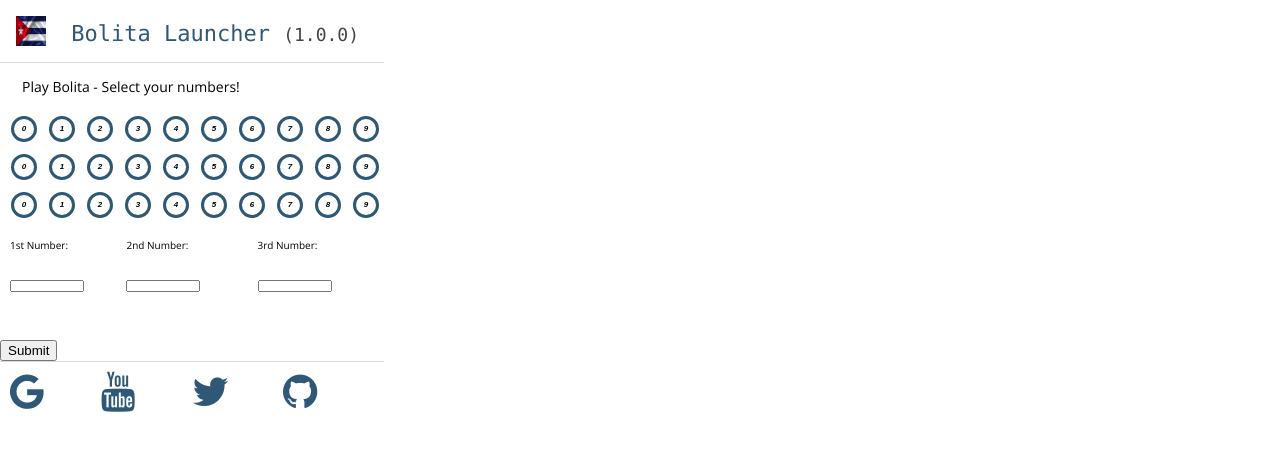
Repository: markymark617/BolitaChromeExtension
Page: popup.html
These files come from the project's save history. The page is drawn as it stood at one moment and after the next save; the edit follows.
The browser window is 1280 px wide. The pictures show the whole page.

Above is the page before, as saved 2020-09-06 14:45:55.

### popup.html
<!DOCTYPE html>
<html lang="en">
<head>
    <meta charset="UTF-8">
    <meta name="viewport" content="width=device-width, initial-scale=1.0">
    <meta http-equiv="X-UA-Compatible" content="ie=chrome">
    <title>Bolita Launcher</title>
    <link rel="stylesheet" href="https://fonts.googleapis.com/css?family=Open+Sans" type="text/css">
    <link rel="stylesheet" href="popup.css">
    <link href="https://maxcdn.bootstrapcdn.com/font-awesome/4.7.0/css/font-awesome.min.css" rel="stylesheet" integrity="sha384-wvfXpqpZZVQGK6TAh5PVlGOfQNHSoD2xbE+QkPxCAFlNEevoEH3Sl0sibVcOQVnN" crossorigin="anonymous"/>

</head>

<body>
    <div class="modal-header">
        <h1 class="logo">
            <img src="images/bolita_logo.png" alt="Bolita_Launcher_logo" class="logo-icon"> Bolita Launcher <span class="version">(1.0.0)</span>
        </h1>
    </div>
    <div class="modal-content">
        <p>Play Bolita - Select your numbers!</p>
    </div>


    <div class="ball-icons">

        <div class="flex-container paddedDiv firstBet" id="firstRow">

            <button id="first-zero" value='0' class="btnFirstBet">
                <div class="flex circle">
                    <div class="fa-stack fa-2x">
                        <i class="fa fa-stack-2x fa-inverse"></i>
                        <i class="fa-stack-1x fa-stack-text">0</i>
                    </div>
                </div>
            </button>

            <button id="first-one" value='1' class="btnFirstBet">
                <div class="flex circle">
                    <div class="fa-stack fa-2x">
                        <i class="fa fa-stack-2x fa-inverse"></i>
                        <i class="fa-stack-1x fa-stack-text">1</i>
                    </div>
                </div>
            </button>


            <button id="first-two" value='2' class="btnFirstBet">
                <div class="flex circle">
                    <div class="fa-stack fa-2x">
                        <i class="fa fa-stack-2x fa-inverse"></i>
                        <i class="fa-stack-1x fa-stack-text">2</i>
                    </div>
                </div>
            </button>


            <button id="first-three" value='3' class="btnFirstBet">
                <div class="flex circle">
                    <div class="fa-stack fa-2x">
                        <i class="fa fa-stack-2x fa-inverse"></i>
                        <i class="fa-stack-1x fa-stack-text">3</i>
                    </div>
                </div>
            </button>


            <button id="first-four" value='4' class="btnFirstBet">
                <div class="flex circle">
                    <div class="fa-stack fa-2x">
                        <i class="fa fa-stack-2x fa-inverse"></i>
                        <i class="fa-stack-1x fa-stack-text">4</i>
                    </div>
                </div>
            </button>


            <button id="first-five" value='5' class="btnFirstBet">
                <div class="flex circle">
                    <div class="fa-stack fa-2x">
                        <i class="fa fa-stack-2x fa-inverse"></i>
                        <i class="fa-stack-1x fa-stack-text">5</i>
                    </div>
                </div>
            </button>


            <button id="first-six" value='6' class="btnFirstBet">
                <div class="flex circle">
                    <div class="fa-stack fa-2x">
                        <i class="fa fa-stack-2x fa-inverse"></i>
                        <i class="fa-stack-1x fa-stack-text">6</i>
                    </div>
                </div>
            </button>


            <button id="first-seven" value='7' class="btnFirstBet">
                <div class="flex circle">
                    <div class="fa-stack fa-2x">
                        <i class="fa fa-stack-2x fa-inverse"></i>
                        <i class="fa-stack-1x fa-stack-text">7</i>
                    </div>
                </div>
            </button>


            <button id="first-eight" value='8' class="btnFirstBet">
                <div class="flex circle">
                    <div class="fa-stack fa-2x">
                        <i class="fa fa-stack-2x fa-inverse"></i>
                        <i class="fa-stack-1x fa-stack-text">8</i>
                    </div>
                </div>
            </button>


            <button id="first-nine" value='9' class="btnFirstBet">
                    <div class="flex circle">
                        <div class="fa-stack fa-2x">
                                <i class="fa fa-stack-2x fa-inverse"></i>
                                <i class="fa-stack-1x fa-stack-text">9</i>
                        </div>
                    </div>
            </button>

        </div>

<!-- second row-->

        <div class="flex-container paddedDiv secondBet" id="secondRow">

            <button id="second-zero" value='0' class="btnSecondBet">
                <div class="flex circle">
                    <div class="fa-stack fa-2x">
                        <i class="fa fa-stack-2x fa-inverse"></i>
                        <i class="fa-stack-1x fa-stack-text">0</i>
                    </div>
                </div>
            </button>

            <button id="second-one" value='1' class="btnSecondBet">
                <div class="flex circle">
                    <div class="fa-stack fa-2x">
                        <i class="fa fa-stack-2x fa-inverse"></i>
                        <i class="fa-stack-1x fa-stack-text">1</i>
                    </div>
                </div>
            </button>


            <button id="second-two" value='2' class="btnSecondBet">
                <div class="flex circle">
                    <div class="fa-stack fa-2x">
                        <i class="fa fa-stack-2x fa-inverse"></i>
                        <i class="fa-stack-1x fa-stack-text">2</i>
                    </div>
                </div>
            </button>


            <button id="second-three" value='3' class="btnSecondBet">
                <div class="flex circle">
                    <div class="fa-stack fa-2x">
                        <i class="fa fa-stack-2x fa-inverse"></i>
                        <i class="fa-stack-1x fa-stack-text">3</i>
                    </div>
                </div>
            </button>


            <button id="second-four" value='4' class="btnSecondBet">
                <div class="flex circle">
                    <div class="fa-stack fa-2x">
                        <i class="fa fa-stack-2x fa-inverse"></i>
                        <i class="fa-stack-1x fa-stack-text">4</i>
                    </div>
                </div>
            </button>


            <button id="second-five" value='5' class="btnSecondBet">
                <div class="flex circle">
                    <div class="fa-stack fa-2x">
                        <i class="fa fa-stack-2x fa-inverse"></i>
                        <i class="fa-stack-1x fa-stack-text">5</i>
                    </div>
                </div>
            </button>


            <button id="second-six" value='6' class="btnSecondBet">
                <div class="flex circle">
                    <div class="fa-stack fa-2x">
                        <i class="fa fa-stack-2x fa-inverse"></i>
                        <i class="fa-stack-1x fa-stack-text">6</i>
                    </div>
                </div>
            </button>


            <button id="second-seven" value='7' class="btnSecondBet">
                <div class="flex circle">
                    <div class="fa-stack fa-2x">
                        <i class="fa fa-stack-2x fa-inverse"></i>
                        <i class="fa-stack-1x fa-stack-text">7</i>
                    </div>
                </div>
            </button>



            <button id="second-eight" value='8' class="btnSecondBet">
                <div class="flex circle">
                    <div class="fa-stack fa-2x">
                        <i class="fa fa-stack-2x fa-inverse"></i>
                        <i class="fa-stack-1x fa-stack-text">8</i>
                    </div>
                </div>
            </button>


            <button id="second-nine" value='9' class="btnSecondBet">
                    <div class="flex circle">
                        <div class="fa-stack fa-2x">
                                <i class="fa fa-stack-2x fa-inverse"></i>
                                <i class="fa-stack-1x fa-stack-text">9</i>
                        </div>
                    </div>
            </button>

        </div>

<!--Third Row-->

        <div class="flex-container paddedDiv thirdBet" id="thirdRow">

                <button id="third-zero" value='0' class="btnThirdBet">
                    <div class="flex circle">
                        <div class="fa-stack fa-2x">
                            <i class="fa fa-stack-2x fa-inverse"></i>
                            <i class="fa-stack-1x fa-stack-text">0</i>
                        </div>
                    </div>
                </button>

                <button id="third-one" value='1' class="btnThirdBet">
                    <div class="flex circle">
                        <div class="fa-stack fa-2x">
                            <i class="fa fa-stack-2x fa-inverse"></i>
                            <i class="fa-stack-1x fa-stack-text">1</i>
                        </div>
                    </div>
                </button>


                <button id="third-two" value='2' class="btnThirdBet">
                    <div class="flex circle">
                        <div class="fa-stack fa-2x">
                            <i class="fa fa-stack-2x fa-inverse"></i>
                            <i class="fa-stack-1x fa-stack-text">2</i>
                        </div>
                    </div>
                </button>


                <button id="third-three" value='3' class="btnThirdBet">
                    <div class="flex circle">
                        <div class="fa-stack fa-2x">
                            <i class="fa fa-stack-2x fa-inverse"></i>
                            <i class="fa-stack-1x fa-stack-text">3</i>
                        </div>
                    </div>
                </button>


                <button id="third-four" value='4' class="btnThirdBet">
                    <div class="flex circle">
                        <div class="fa-stack fa-2x">
                            <i class="fa fa-stack-2x fa-inverse"></i>
                            <i class="fa-stack-1x fa-stack-text">4</i>
                        </div>
                    </div>
                </button>


                <button id="third-five" value='5' class="btnThirdBet">
                    <div class="flex circle">
                        <div class="fa-stack fa-2x">
                            <i class="fa fa-stack-2x fa-inverse"></i>
                            <i class="fa-stack-1x fa-stack-text">5</i>
                        </div>
                    </div>
                </button>


                <button id="third-six" value='6' class="btnThirdBet">
                    <div class="flex circle">
                        <div class="fa-stack fa-2x">
                            <i class="fa fa-stack-2x fa-inverse"></i>
                            <i class="fa-stack-1x fa-stack-text">6</i>
                        </div>
                    </div>
                </button>


                <button id="third-seven" value='7' class="btnThirdBet">
                    <div class="flex circle">
                        <div class="fa-stack fa-2x">
                            <i class="fa fa-stack-2x fa-inverse"></i>
                            <i class="fa-stack-1x fa-stack-text">7</i>
                        </div>
                    </div>
                </button>



                <button id="third-eight" value='8' class="btnThirdBet">
                    <div class="flex circle">
                        <div class="fa-stack fa-2x">
                            <i class="fa fa-stack-2x fa-inverse"></i>
                            <i class="fa-stack-1x fa-stack-text">8</i>
                        </div>
                    </div>
                </button>


                <button id="third-nine" value='9' class="btnThirdBet">
                        <div class="flex circle">
                            <div class="fa-stack fa-2x">
                                    <i class="fa fa-stack-2x fa-inverse"></i>
                                    <i class="fa-stack-1x fa-stack-text">9</i>
                            </div>
                        </div>
                </button>

            </div>








    </div>




    <div class="modal-output">

            <form action="results.html" method="GET">
                <div class="row">
                    <div class="column-left">
                        <label for="firstBetInput">1st Number:</label><br>
                    </div>
                    <div class="column-center">
                        <label for="secondBetInput">2nd Number:</label>
                    </div>
                    <div class="column-right">
                        <label for="thirdBetInput">3rd Number:</label>
                    </div>

                </div>




                <div class="row">
                    <div class="column-left">
                        <input type="text" id="firstBetInput" name="firstBetInput" readonly="readonly">
                    </div>
                    <div class="column-center">
                        <input type="text" id="secondBetInput" name="secondBetInput" readonly="readonly">
                    </div>
                    <div class="column-right">
                        <input type="text" id="thirdBetInput" name="thirdBetInput" readonly="readonly">
                    </div>
                </div>
                    <br><br>
                    <input type="submit" value="Submit" style="padding: 5x 10px;">
            </form>
        </div>

    <div class="modal-icons">
        <div class="flex-container">
            <div class="flex">
                <a href="https://www.google.com" target="_blank">
                    <i class="fa fa-google"></i>
                </a>
            </div>

            <div class="flex">
                <a href="https://www.youtube.com" target="_blank">
                    <i class="fa fa-youtube"></i>
                </a>
            </div>

            <div class="flex">
                <a href="https://www.twitter.com" target="_blank">
                    <i class="fa fa-twitter"></i>
                </a>
            </div>

            <div class="flex">
                <a href="https://www.github.com" target="_blank">
                    <i class="fa fa-github"></i>
                </a>
            </div>
        </div>
    </div>








    <script src="popup.js"></script>
</body>
</html>

### popup.css

    html,
    body {
        font-family : 'Open Sans', sans-serif;
        font-size: 14px;
        margin: 0;
        min-height: 180px;
        padding: 0;
        width: 384px;
    }

    h1 {
        font-family: 'Menlo', monospace;
        font-size: 22px;
        font-weight: 400;
        margin: 0;
        color: #2f5876;
    }

    a:link, a:visited {
        color: #000;
        outline: 0;
        text-decoration: none;
    }

    img {
        width: 30px;

    }

    .modal-header {
        align-items: center;
        border-bottom: 0.5px solid #dadada;
    }

    .modal-content {
        padding: 0 22px;
        align-items: center;
    }

    .modal-icons {
        border-top: 0.5px solid #dadada;
        height: 50px;
        width: 100%;
    }

    .logo {
        padding: 16px;
    }

    .logo-icon {
        vertical-align: text-bottom;
        margin-right: 12px;
    }

    .version {
        color: #444;
        font-size: 18px;
    }

    .flex-container {
        display: flex;
        justify-content: space-between;
        padding: 10px 10px;
    }

    .flex {
        opacity: 1;
        transition: opacity 0.2s ease-in-out;
        width: 120px
    }

    .flex:hover {
        opacity: 0.4;
    }

    .flex .fa {
        font-size: 40px;
        color: #2f5876;
    }

    .fa-stack-text {
        font-size: 8px;
        border:none;
        align-items: center;
        font-weight:bold;
    }

    .circle {
        display: flex;
        border: 3px solid #2f5876;
        border-radius: 100%;
        width: 20px;
        height: 20px;
        justify-content: center;
        align-items: center;

    }

    button {
        background: transparent;
        border:0;
        outline:none;

    }

    .paddedDiv {
        padding: 5px;
    }

    .column {
        float: left;
        width: 33.33%;
        padding: 2px;
      }

      .row {
          padding:10px;
      }

      /* Clear floats after the columns */
      .row:after {
        content: "";
        display: table;
        clear: both;
      }

      input[type="text"] {
        font-size:5px;
    }

    label {
        font-size:10px;
    }

    .column-left{ float: left; width: 32%; }
.column-right{ float: right; width: 32%; }
.column-center{ display: inline-block; width: 32%; }

### popup.js

document.querySelectorAll(".btnFirstBet").forEach(item => {
    item.addEventListener('click', event => {
        //handle click


        document.querySelectorAll(".btnFirstBet").forEach(item => {

                item.classList.remove("active");
                item.style.opacity=1;

        })

        item.style.opacity= 0.4;
        item.classList.add("active");

        //only 1 can be active at any given time

    })
});


document.querySelectorAll(".btnSecondBet").forEach(item => {
    item.addEventListener('click', event => {
        //handle click


        document.querySelectorAll(".btnSecondBet").forEach(item => {

                item.classList.remove("active");
                item.style.opacity=1;

        })

        item.style.opacity= 0.4;
        item.classList.add("active");

        //only 1 can be active at any given time

    })
});


document.querySelectorAll(".btnThirdBet").forEach(item => {
    item.addEventListener('click', event => {
        //handle click


        document.querySelectorAll(".btnThirdBet").forEach(item => {

                item.classList.remove("active");
                item.style.opacity=1;

        })

        item.style.opacity= 0.4;
        item.classList.add("active");

        //only 1 can be active at any given time

    })
});



/*


[document.querySelectorAll(".firstBet"), document.querySelector('.btnFirstBet')].forEach(item => {
    item.addEventListener('click', event => {
        //handle click
        item.style.opacity= 0.4;
        item.addClass("active");
    })
});


var elements = document.getElementsByClassName(".btnFirstBet");

[].forEach.call(elements, function(currElement) {
    currElemen
    currElement.style.opacity= 0.4;
    currElement.classList.add("active");
    console.log(currElement.tagName);
});


document.getElementsByClassName(".btnFirstBet").forEach(item => {
    item.addEventListener('click', event => {
        //handle click
        item.style.opacity= 0.4;
       // element.classList.add("active");
    })
})










var elements = document.querySelectorAll('.btnFirstBet');
for (var i = 0; i < elements.length; i++) {
    elements[i].classList.remove("active");
    elements[i].onclick = function (event) {
        console.log("ONCLICK");
        //remove all active class
        removeClass();
        if (event.elements[i].innerHTML === this.innerHTML) {
            console.log("IN IF");
            this.classList.add("active");
        }
    }
}

function removeClass(){
  for (var i = 0; i < elements.length; i++) {
    elements[i].classList.remove("active");
  }
}








*/

After the next save:
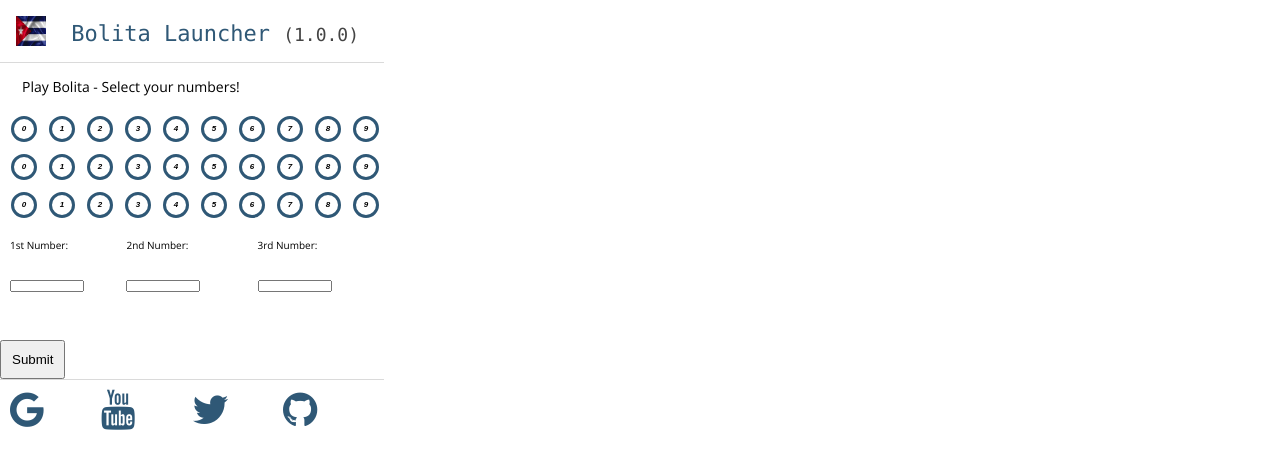
Saved 15 s later.
--- a/popup.html
+++ b/popup.html
@@ -379,7 +379,7 @@
                     </div>
                 </div>
                     <br><br>
-                    <input type="submit" value="Submit" style="padding: 5x 10px;">
+                    <input type="submit" value="Submit" style="padding:10px;">
             </form>
         </div>
 

After the save that followed:
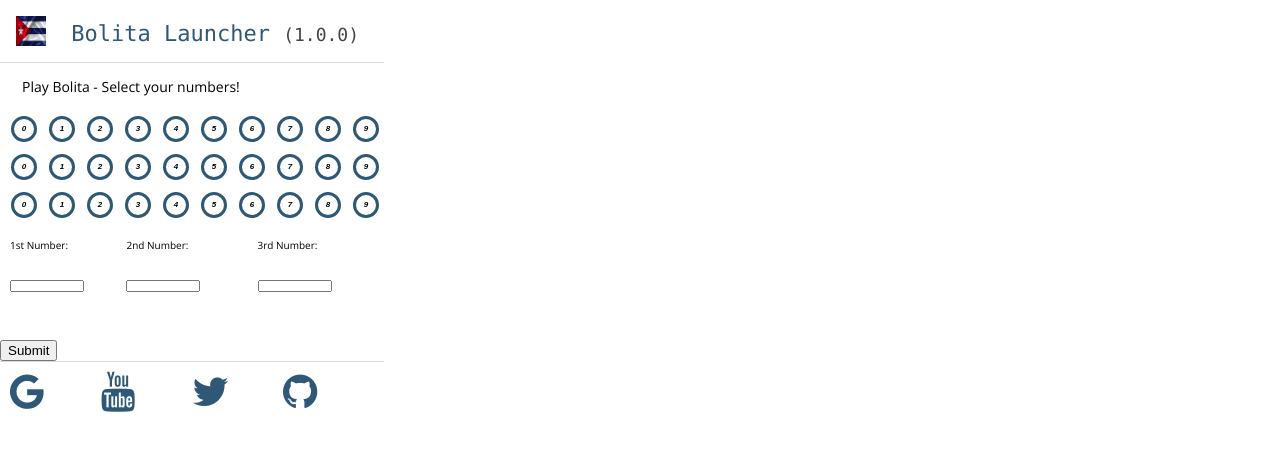
Saved 5 s later.
--- a/popup.html
+++ b/popup.html
@@ -379,7 +379,7 @@
                     </div>
                 </div>
                     <br><br>
-                    <input type="submit" value="Submit" style="padding:10px;">
+                    <input type="submit" value="Submit" style="padding: 5x 10px;">
             </form>
         </div>
 
